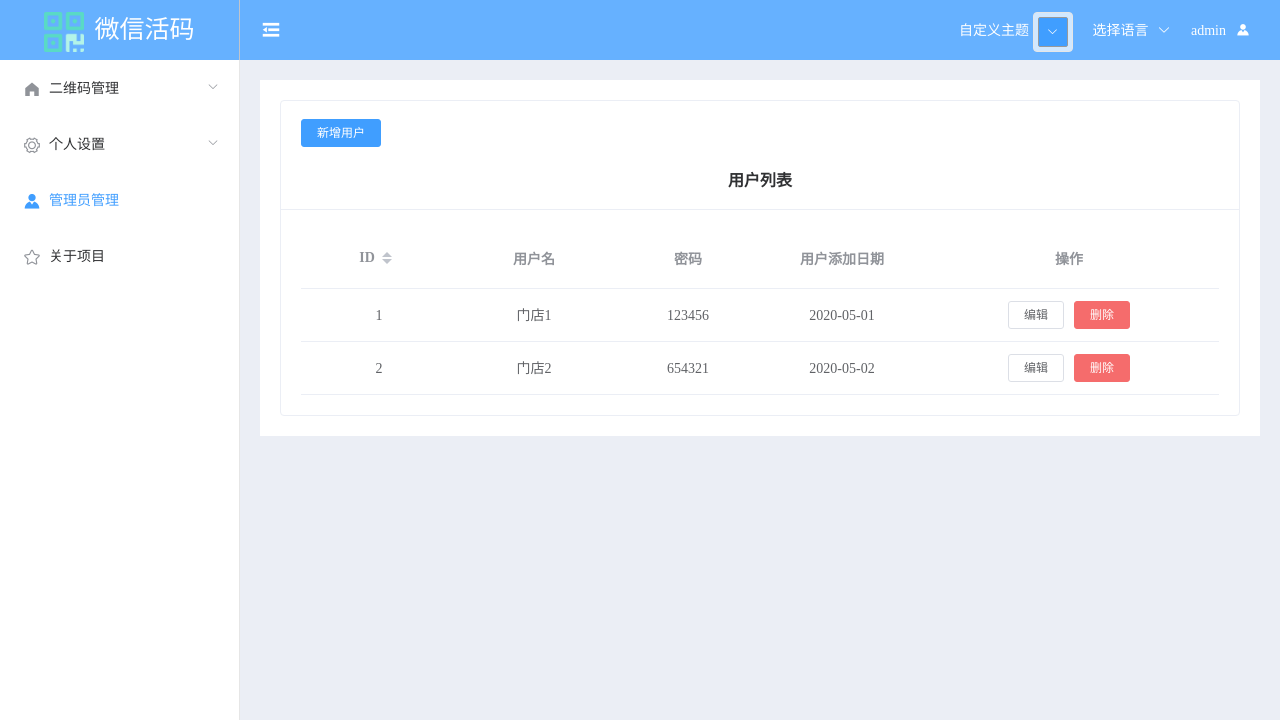
Repository: pioneer22/qrcode
Page: /#/manager
The author's editor kept a copy of each file at every save. The page is drawn from the files as they stood at one save, then again after the next save.
The browser window is 1280 px wide. The pictures show the whole page.
The page's requests for data from a server got no answer. An inner scrolling area shows only its first screen. The project was rebuilt for these pictures with package versions that can differ from the ones it lists, and the page was loaded fresh each time. No one was signed in, and anything a server would have sent is missing. Also part of the build but not shown: vue.config.js, src/views/layout/TheLayoutSubSidebar.vue.

Above is the page before, as saved 2020-05-13 11:53:17.

### public/index.html
<!DOCTYPE html>
<html lang="en">

<head>
  <meta charset="utf-8">
  <meta http-equiv="X-UA-Compatible" content="IE=edge">
  <meta name="viewport" content="width=device-width,initial-scale=1.0">
  <link rel="icon" href="<%= BASE_URL %>favicon.ico">
  <title>Qrcode</title>
</head>

<body>
  <noscript>
    <strong>We're sorry but llplatform doesn't work properly without JavaScript enabled. Please enable it to
      continue.</strong>
  </noscript>
  <div id="app"></div>
  <!-- built files will be auto injected -->
</body>

</html>

### src/App.vue
<template>
  <div id="app">
    <router-view />
  </div>
</template>

<style lang="scss">
  #app {
    height: 100%;
  }
</style>

### src/assets/css/common.scss
html, body {
  height: 100%;
}

* {
  box-sizing: border-box;
  margin: 0;
  padding: 0;
}

/* Chrome 滚动条优化 */
* {
  &::-webkit-scrollbar { /*滚动条整体样式*/
    width: 8px; /*高宽分别对应横竖滚动条的尺寸*/
    height: 8px;
  }

  &::-webkit-scrollbar-thumb { /*滚动条里面小方块*/
    border-radius: 8px;
    background-color: hsla(220, 4%, 58%, .3);
    transition: background-color .3s;

    &:hover {
      background: #bbb;
    }
  }

  &::-webkit-scrollbar-track { /*滚动条里面轨道*/
    background: #EDEDED;
  }
}

### src/router/whiteList.js
/* 免登录白名单页面 */
const whiteList = [
  '/error/403',
  '/error/404',
  '/error/500',
  '/login',
  '/register'
]

export default whiteList

### src/views/layout/TheLayout.vue
<template>
  <el-row class="page">
    <el-col :span="24" style="position: absolute;">
      <the-header :open-nav="openNav" @toggle-open="toggleOpen"></the-header>
    </el-col>
    <el-col :span="24" class="page-main">
      <the-sidebar :open-nav="openNav"></the-sidebar>
      <section class="page-content" :class="{'page-content-hide-aside': !openNav}">
        <the-main></the-main>
        <the-footer></the-footer>
      </section>
    </el-col>
  </el-row>
</template>

<script>
  import TheLayoutHeader from './TheLayoutHeader'
  import TheLayoutSidebar from './TheLayoutSidebar'
  import TheLayoutFooter from './TheLayoutFooter'
  import TheLayoutMain from './TheLayoutMain'

  export default {
    name: 'TheLayout',
    data() {
      return {
        openNav: true
      }
    },
    created() {
      // 判断是否登陆，未登录返回登陆界面
      /*   if (!localStorage.getItem('user-token')) {
          this.$router.push('/login')
        } */
    },
    methods: {
      toggleOpen() {
        this.openNav = !this.openNav
      }
    },
    components: {
      'the-header': TheLayoutHeader,
      'the-sidebar': TheLayoutSidebar,
      'the-footer': TheLayoutFooter,
      'the-main': TheLayoutMain
    }
  }
</script>

<style scoped lang="scss">
  .page {
    position: absolute;
    left: 0;
    top: 0;
    height: 100%;
    width: 100%;

    .page-main {
      box-sizing: border-box;
      padding-top: 60px;
      height: 100%;

      .page-content {
        overflow: auto;
        margin-left: 240px;
        height: 100%;
        background-color: #EBEEF5;
      }

      .page-content-hide-aside {
        margin-left: 65px;
      }
    }
  }
</style>

### src/views/pages/PageManager.vue
<template>
  <div>
    <el-card class="card" shadow="hover">
      <div slot="header">
        <el-button size="mini" type="primary" @click="handleAddChild">新增用户</el-button>
        <div style="text-align: center;padding-top: 20px;">
          <b>用户列表</b>
        </div>
      </div>

      <el-table :data="tableData" style="width: 100%">
        <el-table-column label="ID" sortable prop="id">
          <template slot-scope="scope">
            <span>{{ scope.row.id }}</span>
          </template>
        </el-table-column>

        <el-table-column label="用户名">
          <template slot-scope="scope">
            <span>{{ scope.row.name }}</span>
          </template>
        </el-table-column>

        <el-table-column label="密码">
          <template slot-scope="scope">
            <span>{{ scope.row.password }}</span>
          </template>
        </el-table-column>

        <el-table-column label="用户添加日期">
          <template slot-scope="scope">
            <span>{{ scope.row.date }}</span>
          </template>
        </el-table-column>

        <el-table-column label="操作" fixed="right" width="300">
          <template slot-scope="scope">
            <el-button size="mini" @click="handleEditCurrentChild(scope.$index, scope.row)">编辑</el-button>
            <el-button size="mini" type="danger" @click="handleDeleteChild(scope.$index, scope.row)">删除</el-button>
          </template>
        </el-table-column>
      </el-table>
    </el-card>
  </div>
</template>

<script>
  import { changeTitle } from '@/api/qrcode'
  export default {
    name: 'PageQrcodeManage',
    data() {
      return {
        tableData: [{
          id: 1,
          date: '2020-05-01',
          // img: require('@/assets/img/about/my-logo.png'),
          name: "门店1",
          password: '123456',

        },
        {
          id: 2,
          date: '2020-05-02',
          // img: require('@/assets/img/about/my-logo.png'),
          name: "门店2",
          password: '654321',
        }],

        childDatas: [],
        childData: {},

        childImg: '',
        childTitle: ''
      }
    },

    computed: {
      rules() {
        return {
          title: [
            { required: true, message: '请输入子码标题', trigger: 'blur' },
            { min: 2, max: 50, message: '长度在 2 个字符以上', trigger: 'blur' }
          ],
          sortid: [
            { required: true, message: '请输入排序值', trigger: 'blur' },
            { type: 'number', message: '请输入数字', trigger: 'blur' }
          ]
        }
      }
    },

    watch: {
      'childData.sortid': {
        handler() {
          this.childData.sortid = parseInt(this.childData.sortid)
        }
      }
    },

    methods: {
      // 编辑活码，修改标题
      handleEdit(index, row) {
        let id = row.id
        this.$MessageBox.prompt(`请输入ID为${id}的活码要更新的标题~`, '提示', {
          confirmButtonText: '确定',
          cancelButtonText: '取消',
          inputValidator: (value) => { return value.length < 2 ? '标题长度小于2' : true },
        }).then(({ value }) => {
          let params = { title: value, id }
          changeTitle(params).then(data => {
            console.log("changeTitle:", data)
          }).catch(err => {
            console.log("changeTitleErr:", err)
          })
        }).catch(() => { });
      },

      // 编辑子码
      handleEditChild(index, row) {
        this.childDatas = this.tableData
        this.show = 2
      },

      // 删除活码
      handleDelete(index, row) {
        let id = row.id
        this.$MessageBox.confirm(`此操作将永久删除ID为${id}的活码, 是否继续?`, '提示', {
          confirmButtonText: '确定',
          cancelButtonText: '取消',
          type: 'warning'
        }).then(() => {
          this.tableData.splice(index, 1)
          /* this.$message({
            type: 'success',
            message: '删除成功!'
          }); */
        }).catch(() => { });
      },

      // 下载活码
      handleDownload(index, row) {
        const image = new Image();
        // 解决跨域 canvas 污染问题
        image.setAttribute('crossOrigin', 'anonymous');
        image.onload = function () {
          const canvas = document.createElement('canvas');
          canvas.width = image.width;
          canvas.height = image.height;
          const context = canvas.getContext('2d');
          context.drawImage(image, 0, 0, image.width, image.height);
          const url = canvas.toDataURL('image/png');
          // 生成一个 a 标签
          const a = document.createElement('a');
          // 创建一个点击事件
          const event = new MouseEvent('click');
          // 将 a 的 download 属性设置为我们想要下载的图片的名称，若 name 不存在则使用'图片'作为默认名称
          a.download = row.title || '图片';
          // 将生成的 URL 设置为 a.href 属性
          a.href = url;
          // 触发 a 的点击事件
          a.dispatchEvent(event);
        };
        image.src = row.img
      },

      // 新增子码
      handleAddChild() {
        this.childTitle = '新增子码'
        this.show = 3
        this.childData = {
          title: '子码标题',
          sortid: 1,
          url: ''
        }
      },

      // 编辑选中子码
      handleEditCurrentChild(index, row) {
        this.childTitle = '编辑子码'
        this.childData = row
        this.childData['name'] = this.childData['title']
        this.childData['url'] = this.childData['img']
        this.show = 3
      },

      // 删除选中子码
      handleDeleteChild(index, row) {
        let id = row.id
        this.$MessageBox.confirm(`此操作将永久删除ID为${id}的子码, 是否继续?`, '提示', {
          confirmButtonText: '确定',
          cancelButtonText: '取消',
          type: 'warning'
        }).then(() => {
          this.childDatas.splice(index, 1)
        }).catch(() => { });
      },

      // 返回上一页
      backPage() {
        this.show = this.show - 1
        if (this.show === 2) {
          // 重新请求，刷新数据
          this.childData = {}
        }
      },

      handleChange(file, fileList) {
        this.$refs.upload.clearFiles();
        let fileName = file.name;
        let regex = /(.jpg|.jpeg|.gif|.png|.bmp)$/;
        if (regex.test(fileName.toLowerCase())) {
          this.childImg = URL.createObjectURL(file.raw)  // 获取URL
        } else {
          this.$message.error('请选择图片文件');
        }
      },

      // 提交更改
      submitForm(formName) {
        this.$refs[formName].validate((valid) => {
          if (valid) {
            // 手动上传文件,当点击确定再上传图片
            this.$refs.upload.submit();

            // 将数据图片传到后台处理
            // console.log("submitForm", this.fileList)
            // alert('submit!')
          } else {
            return false
          }
        })
      },

      beforeUpload(file) {
        console.log("beforeUpload:", file)
      },

      // 图片上传成功
      handleSuccess(response, file, fileList) {
        // this.childImg = res.data
        // this.childData = fileList[0]
        this.childImg = fileList[0].url
        console.log("file:", fileList)
      }
    }
  }
</script>

<style scoped>
  .card {
    /* min-width: fit-content; */
    max-width: 100%;
  }

  .el-table th>>>.cell {
    text-align: center;
  }

  .el-table>>>.cell {
    text-align: center;
  }
</style>

### src/views/layout/TheLayoutHeader.vue
<template>
  <el-header class="header el-button--primary">
    <router-link to="/index">
      <div class="logo" :class="{'logo-hide': !openNav}">
        <img src="../../assets/qrcode.png" class="image" />
        <span class="text">{{ $t('header.qrcode') }}</span>
      </div>
    </router-link>
    <div class="content">
      <i class="el-icon-s-fold toggle" @click="navOpenToggle" :title="$t('header.toggleNavHide')" v-show="openNav"></i>
      <i class="el-icon-s-unfold toggle" @click="navOpenToggle" :title="$t('header.toggleNavShow')"
        v-show="!openNav"></i>
    </div>
    <div class="right max-right">
      <div class="right-item">
        {{ $t('header.themeChange') }}
        <theme-picker></theme-picker>
      </div>
      <div class="right-item" @click="clickLangue">
        <el-dropdown trigger="click" @command="changeLanguage" id="langDropDown">
          <p class="user-info">
            {{ $t('header.languageSelect') }}
            <i class="el-icon-arrow-down el-icon--right drop-icon" id="langDropIcon"></i>
          </p>
          <el-dropdown-menu slot="dropdown">
            <el-dropdown-item command="zh-cn" :disabled="this.lang==='zh-cn'">
              {{$t('header.langZh')}}
            </el-dropdown-item>
            <el-dropdown-item command="en" :disabled="this.lang==='en'">
              {{$t('header.langEn')}}
            </el-dropdown-item>
          </el-dropdown-menu>
        </el-dropdown>
      </div>
      <div class="right-item">
        <el-dropdown trigger="click">
          <p class="user-info">
            {{ user.name }}<i class="el-icon-s-custom" style="margin-left: 10px"></i>
          </p>
          <el-dropdown-menu slot="dropdown">
            <el-dropdown-item>
              <router-link to="/user/password">
                <el-link :underline="false">{{$t('header.modifyPass')}}</el-link>
              </router-link>
            </el-dropdown-item>
            <el-dropdown-item divided @click.native="logout()">
              {{$t('header.logout')}}
            </el-dropdown-item>
          </el-dropdown-menu>
        </el-dropdown>
      </div>
    </div>
    <div class="right min-right">
      <el-dropdown trigger="click" :hide-on-click="false">
        <p class="user-info">
          <i class="el-icon-s-custom"></i>
        </p>
        <el-dropdown-menu slot="dropdown">
          <el-dropdown-item>
            {{ user.name }}
          </el-dropdown-item>
          <el-dropdown-item divided>
            {{ $t('header.themeChange') }}
            <theme-picker></theme-picker>
          </el-dropdown-item>
          <el-dropdown-item>
            <el-dropdown trigger="click" @command="changeLanguage" placement="left">
              <p class="user-info">
                {{ $t('header.languageSelect') }}
                <i class="el-icon-arrow-down el-icon--right drop-icon"></i>
              </p>
              <el-dropdown-menu slot="dropdown">
                <el-dropdown-item command="zh-cn" :disabled="this.lang==='zh-cn'">
                  {{$t('header.langZh')}}
                </el-dropdown-item>
                <el-dropdown-item command="en" :disabled="this.lang==='en'">
                  {{$t('header.langEn')}}
                </el-dropdown-item>
              </el-dropdown-menu>
            </el-dropdown>
          </el-dropdown-item>
          <el-dropdown-item divided @click.native="logout()">
            {{$t('header.logout')}}
          </el-dropdown-item>
        </el-dropdown-menu>
      </el-dropdown>
    </div>
  </el-header>
</template>

<script>
  import { mapState } from 'vuex'
  import ThemePicker from '@/components/ThemePicker'

  export default {
    name: 'TheLayoutHeader',
    props: ['openNav'],
    components: {
      ThemePicker
    },
    data() {
      const lang = localStorage.getItem('user-language') || 'zh-cn'
      return {
        langDrop: false,
        lang: lang
      }
    },
    computed: {
      ...mapState(['user'])
    },
    methods: {
      navOpenToggle() {
        this.$emit('toggle-open')
      },
      logout() {
        // do something
        this.$router.push('/login')
      },
      changeLanguage(language) {
        localStorage.setItem('user-language', language)
        this.$i18n.locale = language
        this.lang = language
      },
      clickLangue() {
        let langDropIcon = document.getElementById('langDropIcon')
        if (this.langDrop) {
          langDropIcon.style.transform = 'rotate(0deg)'
        } else {
          langDropIcon.style.transform = 'rotate(-180deg)'
        }
        this.langDrop = !this.langDrop
      }
    }
  }
</script>

<style scoped lang="scss">
  .header {
    color: #ffffff;
    line-height: 60px;
    user-select: none;

    div {
      display: inline-block;
    }

    .logo {
      width: 240px;
      border-right: 1px solid #C0C4CC;
      margin-left: -20px;
      text-align: center;
      font-size: 25px;
      cursor: pointer;

      .image {
        width: 40px;
        height: 40px;
        vertical-align: middle;
      }

      .text {
        padding-left: 10px;
        color: #ffffff;
      }
    }

    .logo-hide {
      width: 65px;

      .text {
        display: none;
      }
    }

    .content {
      padding: 0 20px;

      .toggle {
        font-size: 22px;
        cursor: pointer;
      }
    }

    .right {
      float: right;

      .right-item {
        display: inline-block;
        padding: 0 10px;
        min-width: 60px;
        text-align: center;
        font-size: 14px;
        cursor: pointer;

        .drop-icon {
          transition: transform 0.2s;
        }
      }

      .right-item:hover {
        background-color: rgba(255, 255, 255, 0.3);
      }

      .user-info {
        color: #ffffff;
      }
    }

    .min-right {
      display: none;
    }
  }

  @media (max-width: 768px) {
    .header {
      .logo {
        border: none;
        display: contents;

        .text {
          display: inline-block !important;
        }
      }

      .content {
        float: left;
        margin-left: -20px;
      }
    }

    .max-right {
      display: none !important;
    }

    .min-right {
      display: inline-block !important;
    }
  }
</style>

### src/views/layout/TheLayoutSidebar.vue
<template>
  <aside class="sidebar" :class="{'sidebar-hide': !openNav}">
    <el-menu :default-active="selectMenu" class="sidebar-menu" :collapse="!openNav"
             :collapse-transition="false" :router="true">
      <template v-for="menu in user.accessMenu">
        <el-menu-item v-if="!menu.children" :key="menu.name" :index="menu.path">
          <i :class="menu.icon" v-if="menu.icon"></i>
          <span slot="title">{{ $t(menu.title) }}</span>
        </el-menu-item>
        <the-submenu :key="menu.name" :subMenu="menu" v-else :i18n="i18n"></the-submenu>
      </template>
    </el-menu>
  </aside>
</template>

<script>
import TheLayoutSubSidebar from './TheLayoutSubSidebar'
import { mapState } from 'vuex'

export default {
  name: 'TheLayoutSidebar',
  props: ['openNav'],
  components: {
    'the-submenu': TheLayoutSubSidebar
  },
  computed: {
    selectMenu () {
      return this.$route.meta.menuPath || this.$route.path
    },
    ...mapState(['user'])
  },
  methods: {
    i18n: function (key) {
      return this.$t(key)
    }
  }
}
</script>

<style scoped lang="scss">
.sidebar {
  float: left;
  width: 240px;
  height: 100%;
  border-right: 1px solid #e6e6e6;
  overflow: auto;

  .sidebar-menu {
    border: none;
    height: 100%;
  }
}

.sidebar-hide {
  width: 65px;
}
</style>

### src/views/layout/TheLayoutFooter.vue
<template>
  <footer class="footer">
    广州汇美舍天然用品连锁有限公司
  </footer>
</template>

<script>
  export default {
    name: 'TheLayoutHeader'
  }
</script>

<style scoped>
  .footer {
    height: 40px;
    line-height: 40px;
    text-align: center;
    border-top: 1px solid #e6e6e6;
    background-color: #ffffff;
  }
</style>

### src/views/layout/TheLayoutMain.vue
<template>
  <el-main class="page-sub-main">
    <transition name="fade" mode="out-in">
      <router-view class="main-body"></router-view>
    </transition>
  </el-main>
</template>

<script>
  export default {
    name: 'TheLayoutMain'
  }
</script>

<style scoped>
  .page-sub-main {
    color: #666666;
    min-height: 100%;
    overflow: visible;
    /* min-width: fit-content; */
    max-width: 100%;

  }

  .main-body {
    background-color: #ffffff;
    padding: 20px;
    min-height: 100%;
  }
</style>

### src/api/qrcode.js
import { request } from '../utils/request'

// 修改活码标题
export const changeTitle = params => {
  return request('/api/qrcode/editTitle', params)
}

### src/components/ThemePicker.vue
<template>
  <el-color-picker
    v-model="theme"
    class="theme-picker"
    :predefine="predefineColors"
    popper-class="theme-picker-dropdown"/>
</template>

<script>
const version = require('element-ui/package.json').version // element-ui version from node_modules
const ORIGINAL_THEME = '#409EFF' // default color
export default {
  data () {
    return {
      chalk: '', // content of theme-chalk css
      predefineColors: [
        '#409EFF',
        '#fa541c',
        '#fa8c16',
        '#faad14',
        '#fadb14',
        '#a0d911',
        '#52c41a',
        '#13c2c2',
        '#1890ff',
        '#2f54eb',
        '#722ed1',
        '#eb2f96',
        '#f5222d'
      ],
      theme: ORIGINAL_THEME
    }
  },
  watch: {
    theme (val, oldVal) {
      if (typeof val !== 'string') return
      const themeCluster = this.getThemeCluster(val.replace('#', ''))
      const originalCluster = this.getThemeCluster(oldVal.replace('#', ''))
      const getHandler = (variable, id) => {
        return () => {
          const originalCluster = this.getThemeCluster(ORIGINAL_THEME.replace('#', ''))
          const newStyle = this.updateStyle(this[variable], originalCluster, themeCluster)
          let styleTag = document.getElementById(id)
          if (!styleTag) {
            styleTag = document.createElement('style')
            styleTag.setAttribute('id', id)
            document.head.appendChild(styleTag)
          }
          styleTag.innerText = newStyle
        }
      }
      const chalkHandler = getHandler('chalk', 'chalk-style')
      if (!this.chalk) {
        const url = `https://unpkg.com/element-ui@${version}/lib/theme-chalk/index.css`
        this.getCSSString(url, chalkHandler, 'chalk')
      } else {
        chalkHandler()
      }
      const styles = [].slice.call(document.querySelectorAll('style'))
        .filter(style => {
          const text = style.innerText
          return new RegExp(oldVal, 'i').test(text) && !/Chalk Variables/.test(text)
        })
      styles.forEach(style => {
        const { innerText } = style
        if (typeof innerText !== 'string') return
        style.innerText = this.updateStyle(innerText, originalCluster, themeCluster)
      })
      localStorage.setItem('user-theme', val)
    }
  },
  methods: {
    updateStyle (style, oldCluster, newCluster) {
      let newStyle = style
      oldCluster.forEach((color, index) => {
        newStyle = newStyle.replace(new RegExp(color, 'ig'), newCluster[index])
      })
      return newStyle
    },
    getCSSString (url, callback, variable) {
      const xhr = new XMLHttpRequest()
      xhr.onreadystatechange = () => {
        if (xhr.readyState === 4 && xhr.status === 200) {
          this[variable] = xhr.responseText.replace(/@font-face{[^}]+}/, '')
          callback()
        }
      }
      xhr.open('GET', url)
      xhr.send()
    },
    getThemeCluster (theme) {
      const tintColor = (color, tint) => {
        let red = parseInt(color.slice(0, 2), 16)
        let green = parseInt(color.slice(2, 4), 16)
        let blue = parseInt(color.slice(4, 6), 16)
        if (tint === 0) { // when primary color is in its rgb space
          return [red, green, blue].join(',')
        } else {
          red += Math.round(tint * (255 - red))
          green += Math.round(tint * (255 - green))
          blue += Math.round(tint * (255 - blue))
          red = red.toString(16)
          green = green.toString(16)
          blue = blue.toString(16)
          return `#${red}${green}${blue}`
        }
      }
      const shadeColor = (color, shade) => {
        let red = parseInt(color.slice(0, 2), 16)
        let green = parseInt(color.slice(2, 4), 16)
        let blue = parseInt(color.slice(4, 6), 16)
        red = Math.round((1 - shade) * red)
        green = Math.round((1 - shade) * green)
        blue = Math.round((1 - shade) * blue)
        red = red.toString(16)
        green = green.toString(16)
        blue = blue.toString(16)
        return `#${red}${green}${blue}`
      }
      const clusters = [theme]
      for (let i = 0; i <= 9; i++) {
        clusters.push(tintColor(theme, Number((i / 10).toFixed(2))))
      }
      clusters.push(shadeColor(theme, 0.1))
      return clusters
    }
  },
  mounted () {
    const lastTheme = localStorage.getItem('user-theme') || ORIGINAL_THEME
    this.theme = lastTheme
  }
}
</script>

<style>
.theme-picker .el-color-picker__trigger {
  vertical-align: middle;
  background-color: rgba(255, 255, 255, 0.7);
}

.theme-picker-dropdown .el-color-dropdown__link-btn {
  display: none;
}
</style>

Loaded but not shown: src/utils/request.js (134 lines, source omitted); src/router/staticRouter.js (144 lines, source omitted); src/store/index.js (98 lines, source omitted); src/main.js (129 lines, source omitted); src/assets/lang/en.js (97 lines, source omitted); src/assets/lang/zh-cn.js (100 lines, source omitted); src/router/index.js (66 lines, source omitted); src/api/user.js (60 lines, source omitted)

After the next save:
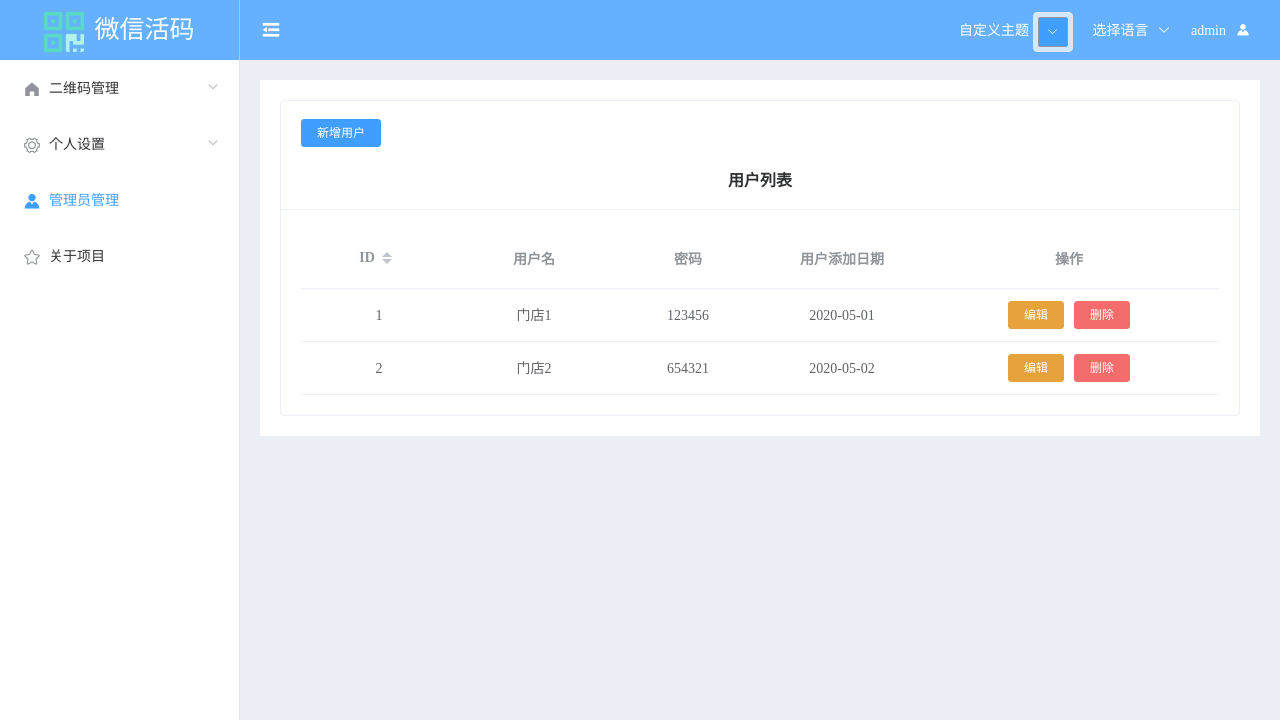
Saved 35 s later.
--- a/src/views/pages/PageManager.vue
+++ b/src/views/pages/PageManager.vue
@@ -35,7 +35,8 @@
 
         <el-table-column label="操作" fixed="right" width="300">
           <template slot-scope="scope">
-            <el-button size="mini" @click="handleEditCurrentChild(scope.$index, scope.row)">编辑</el-button>
+            <el-button size="mini" type="warning" @click="handleEditCurrentChild(scope.$index, scope.row)">编辑
+            </el-button>
             <el-button size="mini" type="danger" @click="handleDeleteChild(scope.$index, scope.row)">删除</el-button>
           </template>
         </el-table-column>
